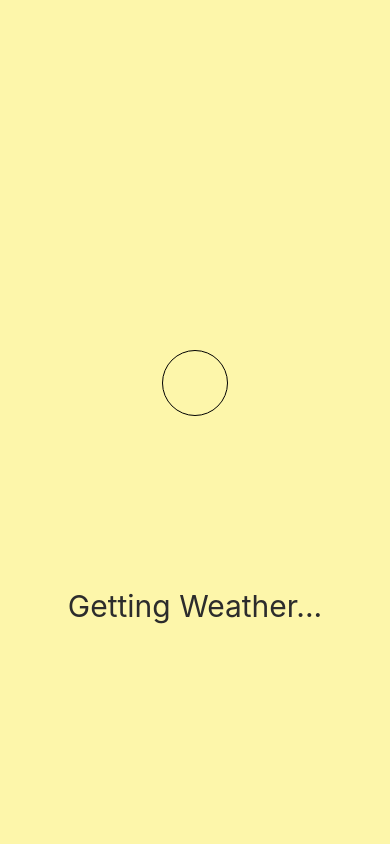
Repository: Exchallenger/Weather-app
Screen: /
These files come from the project's save history. The screen is drawn as it stood at one moment and after the next save; the edit follows.
The app was drawn by React Native's web renderer in a window 390 px wide. The project was rebuilt for these pictures with package versions that can differ from the ones it lists, and the page was loaded fresh each time. Also part of the build but not shown: weather.js.

Above is the screen before, as saved 2021-01-15 15:29:35.

### App.js
import { StatusBar } from 'expo-status-bar';
import {Alert} from "react-native";
import React, { useEffect, useState } from 'react';
import Loading from './loading';
import * as Location from 'expo-location';
import axios from 'axios';
import Weather from './weather';

const API_KEY = "9e0bfa2c5f6975bf6890d7892b8f2c06";
// api.openweathermap.org/data/2.5/weather?lat=35.544829899999996&lon=129.3517382&appid=9e0bfa2c5f6975bf6890d7892b8f2c06

const App = (props) => {
  const [isLoading, setIsLoading] = useState(true);
  const [temp, setTemp] = useState();
  const [nowweather, setNowWeather] = useState();
  const [city, setCity] = useState();


  // const weathers = ['Thunderstorm','Dizzle','Rain','Snow','Atmosphere','Clear','Clouds','Haze','Mist','Dust'];

  const getWeather = async(latitude, longitude) =>{
      const {data} = await axios.get(
        `https://api.openweathermap.org/data/2.5/weather?lat=${latitude}&lon=${longitude}&appid=${API_KEY}&units=metric`);
        setIsLoading(true);
        const ntemp = data.main.temp;
        setTemp(ntemp);
        const nweather = data.weather[0].main;
        setNowWeather(nweather);
        const ncity = data.name;
        setCity(ncity);
  };
  const getLocation = async() =>{
    try{
      await Location.requestPermissionsAsync();
      const {coords : {latitude, longitude}} = await Location.getCurrentPositionAsync();
      getWeather(latitude, longitude);
    }catch(error){
      Alert.alert("Can't find you", "so sad");
    }}
  useEffect(()=>{
    getLocation();
  },[isLoading]);


  return (isLoading ? <Loading/> : <Weather temp={temp} weather={nowweather} city={city}/>);
};

export default App;

//Math.round(temp)

### loading.js
import React from 'react';
import {StyleSheet, Text, View} from "react-native";

export default function Loading(){
    return(
    <View style={styles.container}>
        <View style={styles.load}></View>
        <View style={styles.texts}><Text style={styles.text}>Getting Weather...</Text></View>
    </View>);
}

const styles = StyleSheet.create({
    container:{
        flex:1,
        justifyContent:"space-between",
        alignItems:"center",
        paddingHorizontal:30,
        paddingVertical:100,
        backgroundColor:"#FDF6AA"
    },
    texts:{
        flex:1,
        justifyContent:"flex-end",
        alignItems:"flex-end",
        marginBottom:120
    },
    text:{
        color:"#2c2c2c",
        fontSize:30,
    },
    load:{
        position:"absolute",
        top:350,
        height:66,
        width:66,
        border:"1px solid black",
        borderRadius:50,
    }
});

After the next save:
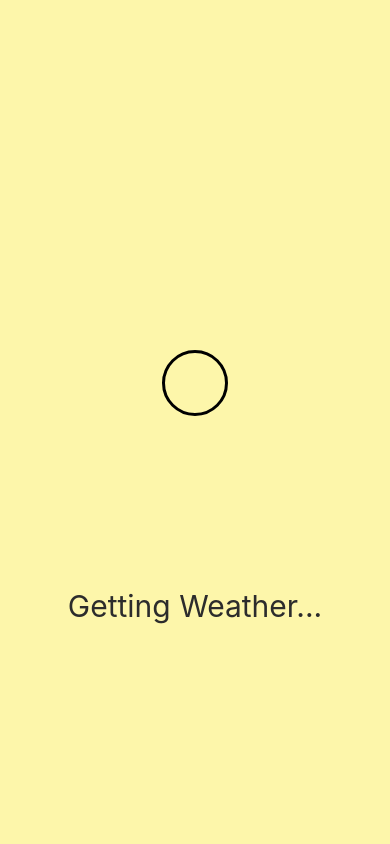
Saved 48 s later.
--- a/loading.js
+++ b/loading.js
@@ -33,7 +33,7 @@ const styles = StyleSheet.create({
         top:350,
         height:66,
         width:66,
-        border:"1px solid black",
+        borderWidth:3,
         borderRadius:50,
     }
 });
